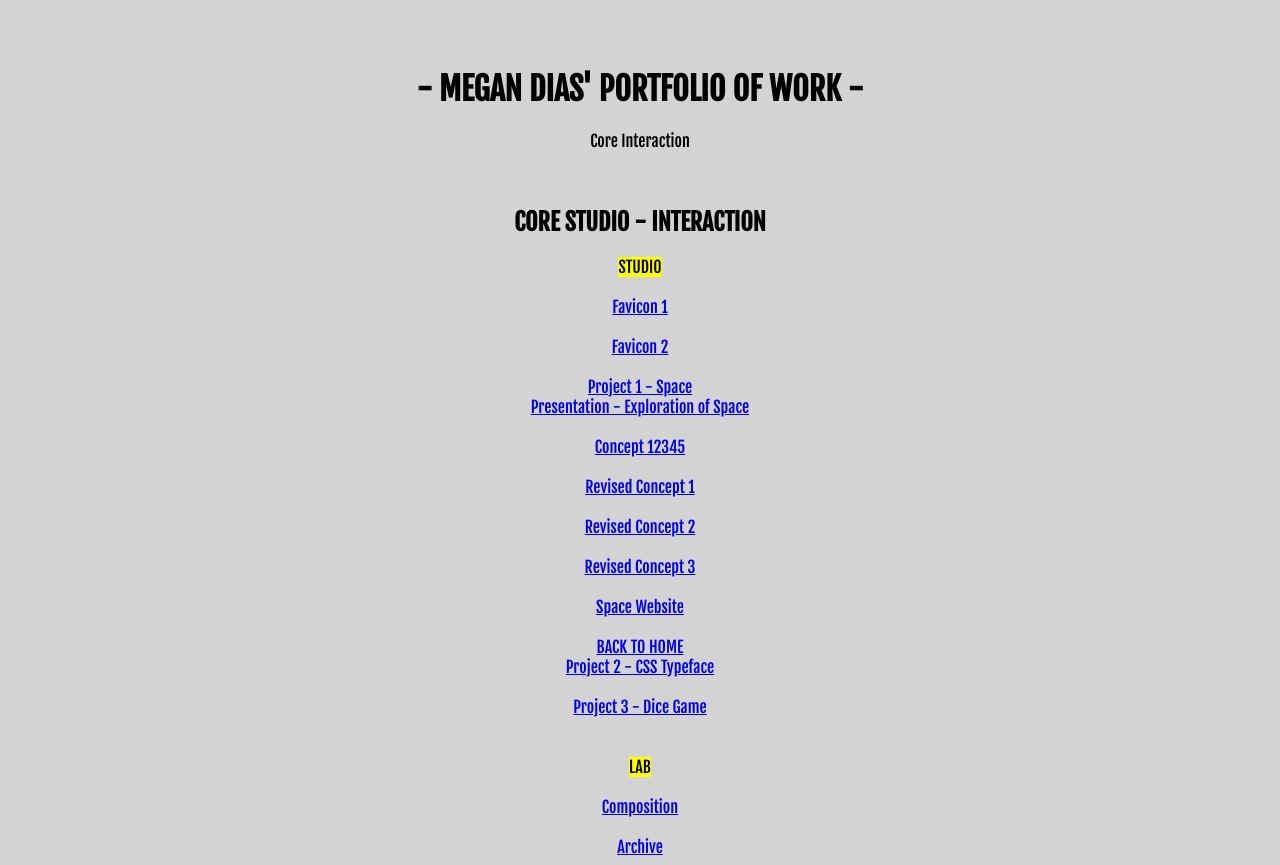
Repository: diasm568/diasm568.github.io
Page: index.html
The author's editor kept a record of every edit. The page is drawn from the files as they stood at one moment, then again after the next edit.
The browser window is 1280 px wide. The pictures show the whole page.

Above is the page before.

### index.html
<html>
<link href="css/styles.css" rel="stylesheet" type="text/css">
<center>
<title>Hello World!</title>
<div style="font-family: 'Fjalla One'">
<link href='http://fonts.googleapis.com/css?family=Fjalla+One' rel='stylesheet' type='text/css'>

    <br>
    <br>
    <span style="text-transform: uppercase"><h1>- Megan Dias' Portfolio of Work -</h1></span>
    <p>Core Interaction</p>
    <br>

    <span style="text-transform: uppercase"><h2>Core Studio - Interaction</h2></span>
        <mark> STUDIO </mark>
        <br>
        <br>
        <a href="studio/favicon1.html">Favicon 1</a>
        <br>
        <br>
        <a href="studio/favicon2.html">Favicon 2</a>
        <br>
        <br>
        <a href="studio/project1.html">Project 1 - Space</a>
        <br>
        <a href="presentation.pdf">Presentation - Exploration of Space</a>
        <br>
        <br>
        <a href="concept1.pdf">Concept 1</a><a href="concept2.pdf">2</a><a href="concept3.pdf">3</a><a href="concept4.pdf">4</a><a href="concept5.pdf">5</a>
        <br>
        <br>
        <a href="revisedconcept1.pdf">Revised Concept 1</a>
        <br>
        <br>
        <a href="revisedconcept2.pdf">Revised Concept 2</a>
        <br>
        <br>
        <a href="revisedconcept3">Revised Concept 3</a>
        <br>
        <br>
        <a href="spaceWebsite/index.html">Space Website</a>
        <br>
        <br>
        <a href="../index.html">BACK TO HOME</a>
        <br>
        <a href="studio/project2.html">Project 2 - CSS Typeface</a>
        <br>
        <br>
        <a href="studio/project3.html">Project 3 - Dice Game</a>
        <br>
        <br>
        <br>
        <span style="text-transform: uppercase"><mark>LAB</mark></span>
        <br>
        <br>
        <a href="lab/composition.html">Composition</a>
        <br>
        <br>
        <a href="lab/composition.html">Archive</a>

</div>
</center>
</html>

Loaded but not shown: css/styles.css (common file)

After the next edit:
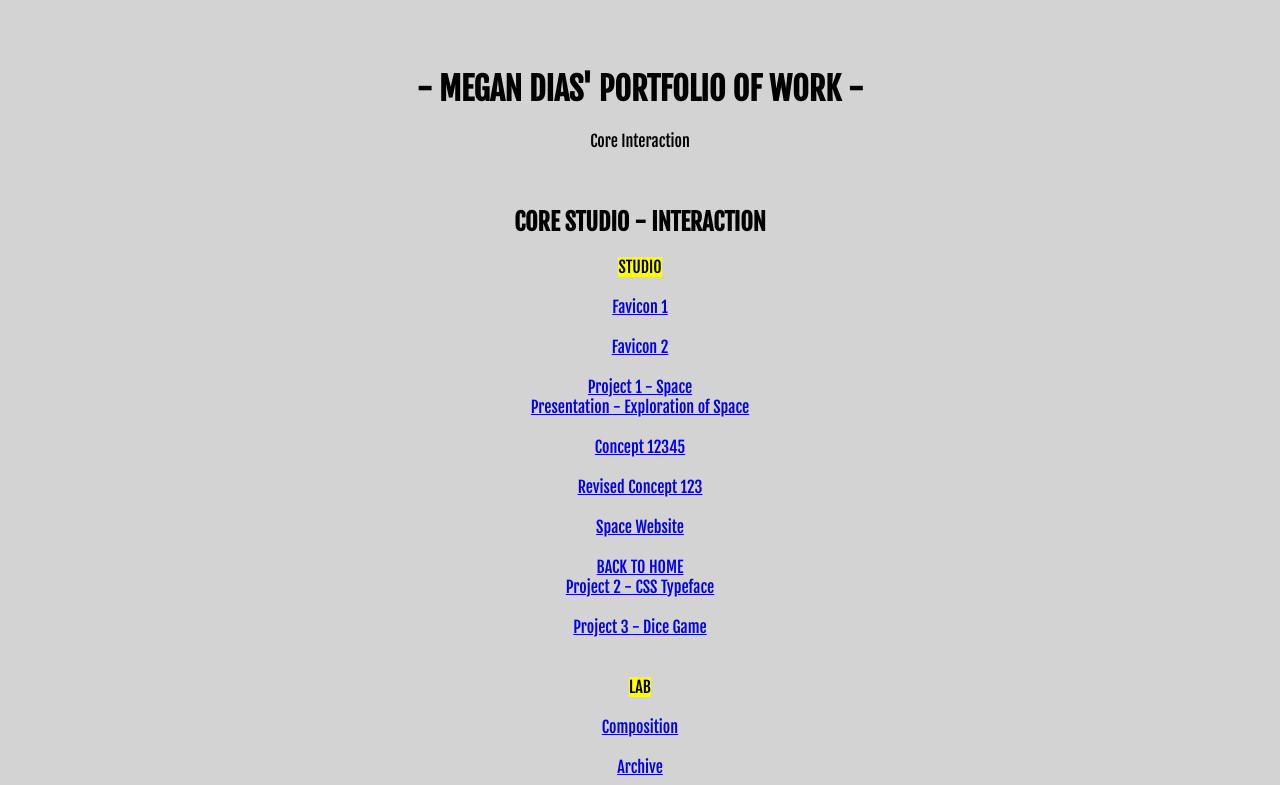
The edit:
--- a/index.html
+++ b/index.html
@@ -29,13 +29,7 @@
         <a href="concept1.pdf">Concept 1</a><a href="concept2.pdf">2</a><a href="concept3.pdf">3</a><a href="concept4.pdf">4</a><a href="concept5.pdf">5</a>
         <br>
         <br>
-        <a href="revisedconcept1.pdf">Revised Concept 1</a>
-        <br>
-        <br>
-        <a href="revisedconcept2.pdf">Revised Concept 2</a>
-        <br>
-        <br>
-        <a href="revisedconcept3">Revised Concept 3</a>
+        <a href="revisedconcept1.pdf">Revised Concept 1</a><a href="revisedconcept2.pdf">2</a><a href="revisedconcept3">3</a>
         <br>
         <br>
         <a href="spaceWebsite/index.html">Space Website</a>
